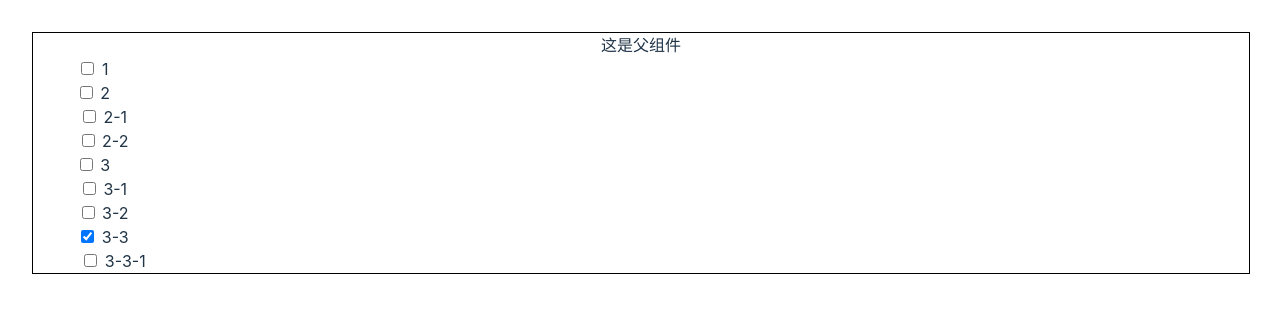
Repository: LeeypOR/management-system
Page: /
These files come from the project's save history. The page is drawn as it stood at one moment and after the next save; the edit follows.
The browser window is 1280 px wide. The pictures show the whole page.
The project was rebuilt for these pictures with package versions that can differ from the ones it lists, and the page was loaded fresh each time. Also part of the build but not shown: vite.config.ts.

Above is the page before, as saved 2023-02-22 16:16:53.
Console error: SyntaxError: Cannot use import statement outside a module

After the next save:
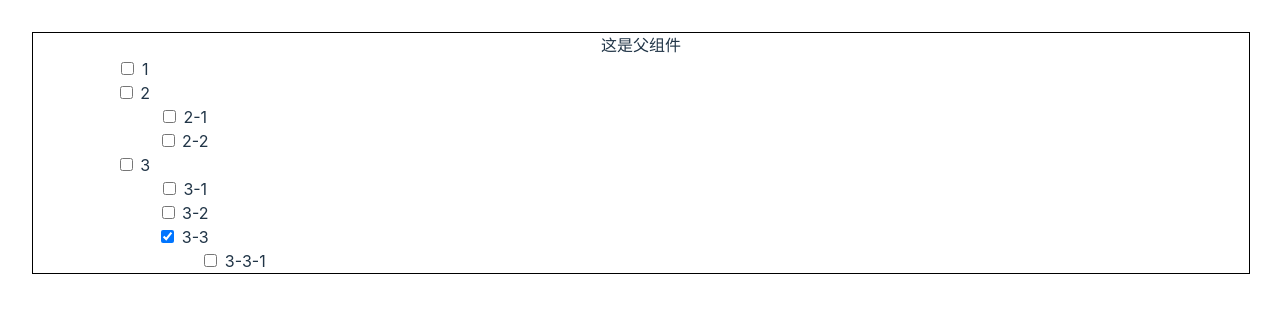
Saved 6 s later.
--- a/src/components/Children1.vue
+++ b/src/components/Children1.vue
@@ -26,6 +26,6 @@ defineProps<{
   .children1{
     width: 100px;
     /* float:right; */
-    margin-left: 10px;
+    margin-left: 50px;
   }
 </style>
